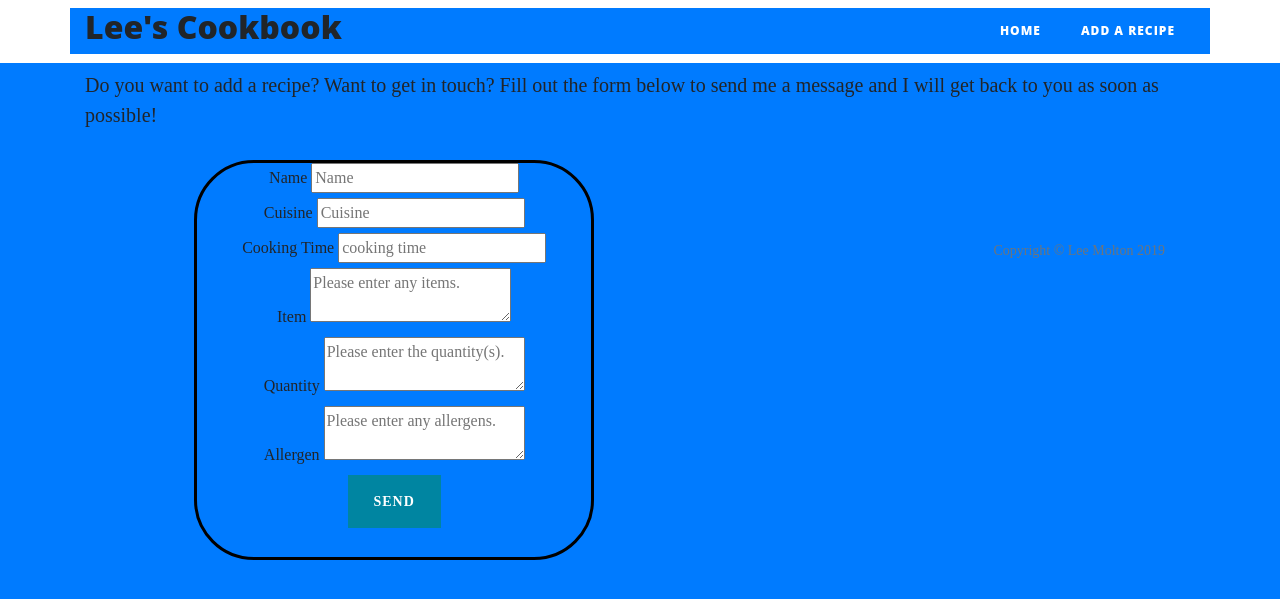
Repository: leemolton/recipes-project
Page: http://localhost/add_recipe
The author's editor kept a record of every edit. The page is drawn from the files as they stood at one moment, then again after the next edit.
The browser window is 1280 px wide. The pictures show the whole page.
The page is served by the project's application, run on Flask 3 (run.py). Other server files are loaded and not shown. Queries for data that is not in the repository find no rows.

Above is the page before.

### templates/add.html
{% extends 'base.html' %}
{% block content %}

<p>Do you want to add a recipe? Want to get in touch? Fill out the form below to send me a message and I will get back to you as soon as possible!</p>
<form action="{{url_for('insert_recipe')}}" method="POST" class="col s12">
  <div class="row">
    <div class="col-lg-8 col-md-10 mx-auto">
      {% with messages = get_flashed_messages() %}
      {% if messages %}
      <ul class="flashes">
        {% for message in messages %}
        <li>{{ message }}</li>
        {% endfor %}
      </ul>
      {% endif %}
      {% endwith %}
      <form>
        <div class="ingredients-fields-container">
		      <div id="box1" class="box_title">
            <form method="POST" name="sentMessage" id="contactForm" action="/add">
                <label>Name</label>
                <input type="text" placeholder="Name" name="name" id="name" required data-validation-required-message="Please enter your name.">
                </br>
                <label>Cuisine</label>
                <input type="cuisine" placeholder="Cuisine" name="cuisine" id="cuisine" required data-validation-required-message="Please enter your cuisine.">
                </br>
                <label>Cooking Time</label>
                <input type="cooking_time" placeholder="cooking time" name="cooking_time" id="cooking_time" required data-validation-required-message="Please enter the cooking time.">
                </br>
                <label>Item</label>
                <textarea name="item" placeholder="Please enter any items." required data-validation-required-message="Please enter any items." ></textarea>
                </br>
                <label>Quantity</label>
                <textarea name="quantity" placeholder="Please enter the quantity(s)." required data-validation-required-message="Please enter the quantity(s)."></textarea>
                </br>
                <label>Allergen</label>
                <textarea name="allergen" placeholder="Please enter any allergens."required data-validation-required-message="Please enter any allergens."></textarea>
                </br>
            <div id="success">
              <div class="form-group">
                <button type="submit" class="btn btn-primary" id="sendMessageButton">Send</button>
              </div>
            </div>
          </form>
        </div>
      </div>
{% endblock %}

### templates/base.html
<!DOCTYPE html>
<html lang="en">
    <head>
        <title>Cooking Recipe Dashboard</title>
        <link rel="stylesheet" href="{{ url_for('static', filename='vendor/bootstrap/css/bootstrap.min.css') }}" rel="stylesheet">
        <link rel="stylesheet" href="{{ url_for('static', filename='css/clean-blog.css') }}" type="text/css"/>
        <link rel="stylesheet" href="{{ url_for('static', filename='css/style.css') }}" type="text/css"/>
    </head>
    <body>
       <!-- Navigation -->
    <nav class="navbar navbar-expand-lg navbar-light fixed-top" id="mainNav">
      <div class="container">
        <h2>Lee's Cookbook</h2>
        <div class="collapse navbar-collapse" id="navbarResponsive">
          <ul class="navbar-nav ml-auto">
            <li class="nav-item">
              <a class="nav-link" href="{{ url_for('index') }}">Home</a></li>
            <li class="nav-item">
              <a class="nav-link" href="{{ url_for('add_recipe') }}">Add a recipe</a></li>
          </ul>
        </div>
      </div>
    </nav>

    <!-- Main Content -->
    <div class="container">
      {% block content %}
      {% endblock %}
    </div>

    <!-- Footer -->
    <footer>
      <div class="container">
        <div class="row">
            <p class="copyright text-muted">Copyright &copy; Lee Molton 2019</p>
        </div>
      </div>
    </footer>

    <!-- Bootstrap core JavaScript -->
    <script src="{{ url_for('static', filename='vendor/jquery/jquery.min.js') }}"></script>
    <script src="{{ url_for('static', filename='vendor/bootstrap/js/bootstrap.bundle.min.js') }}"></script>

    <!-- Custom scripts for this template -->
    <script src="{{ url_for('static', filename='js/clean-blog.min.js') }}"></script>
    </body>
</html>

### run.py
import os
import json
from flask import Flask, render_template, redirect, request, url_for, flash
from flask_pymongo import PyMongo
from pymongo import MongoClient
from bson.objectid import ObjectId

app = Flask(__name__)
app.secret_key = 'some_secret'
app.config['MONGO_DBNAME'] = 'myrecipedb'
app.config['MONGO_URI'] = 'mongodb://root:Everton9@ds145881.mlab.com:45881/myrecipedb'

mongo = PyMongo(app)

# Get username from Cloud9 workspace
# (modify this variable if running on another environment)
username = os.getenv('C9_USER')

@app.route('/')
def index():
    return render_template("index.html")


@app.route('/get_recipes')
def get_recipes():
    return render_template("recipes.html", recipes=mongo.db.recipe.find())


@app.route('/add_recipe')
def add_recipe():
    categories=mongo.db.categories.find()
    return render_template("add.html")


@app.route('/insert_recipe', methods=['POST'])
def insert_recipe():
     recipes = mongo.db.recipe
     recipes.insert_one(request.form.to_dict())
     flash('Thank you for your recipe!')
     return redirect(url_for('add_recipe'))


@app.route('/view_recipe/<recipe_id>')
def view_recipe(recipe_id):
    the_recipe = mongo.db.recipe.find_one({'_id': ObjectId(recipe_id)})
    return render_template('viewrecipe.html', recipe=the_recipe)


@app.route('/find_recipe', methods=['GET', 'POST'])
def find_recipe():
    if request.method=='POST':

        # get search term
        search_term = request.form.get("search_term")

        # create the index
        mongo.db.recipe.create_index( [("$**", 'text')] )

        # search with the search term that came through the search bar
        cursor = mongo.db.recipe.find({ "$text": { "$search": search_term } })
        recipes = [recipe for recipe in cursor]
        print(search_term)

        # send recipes to page
        return render_template('search.html', recipes=recipes, query=search_term)

    return render_template('search.html')



if __name__ == '__main__':
    app.run(host=os.environ.get('IP'),
            port=int(os.environ.get('PORT')),
            debug=True)

### static/css/clean-blog.css
/*!
 * Start Bootstrap - Clean Blog v5.0.5 (https://startbootstrap.com/template-overviews/clean-blog)
 * Copyright 2013-2019 Start Bootstrap
 * Licensed under MIT (https://github.com/BlackrockDigital/startbootstrap-clean-blog/blob/master/LICENSE)
 */

body {
  font-size: 20px;
  color: #212529;
  font-family: 'Lora', 'Times New Roman', serif;
}

p {
  line-height: 1.5;
  margin: 30px 0;
}

p a {
  text-decoration: underline;
}

h1,
h2,
h3,
h4,
h5,
h6 {
  font-weight: 800;
  font-family: 'Open Sans', 'Helvetica Neue', Helvetica, Arial, sans-serif;
}

a {
  color: #212529;
  -webkit-transition: all 0.2s;
  transition: all 0.2s;
}

a:focus, a:hover {
  color: #0085A1;
}

blockquote {
  font-style: italic;
  color: #868e96;
}

.section-heading {
  font-size: 36px;
  font-weight: 700;
  margin-top: 60px;
}

.caption {
  font-size: 14px;
  font-style: italic;
  display: block;
  margin: 0;
  padding: 10px;
  text-align: center;
  border-bottom-right-radius: 5px;
  border-bottom-left-radius: 5px;
}

::selection {
  color: #fff;
  background: #0085A1;
  text-shadow: none;
}

img::selection {
  color: #fff;
  background: transparent;
}

img::-moz-selection {
  color: #fff;
  background: transparent;
}

#mainNav {
  position: absolute;
  border-bottom: 1px solid #e9ecef;
  background-color: white;
  font-family: 'Open Sans', 'Helvetica Neue', Helvetica, Arial, sans-serif;
}

#mainNav .navbar-brand {
  font-weight: 800;
  color: #343a40;
}

#mainNav .navbar-toggler {
  font-size: 12px;
  font-weight: 800;
  padding: 13px;
  text-transform: uppercase;
  color: #343a40;
}

#mainNav .navbar-nav > li.nav-item > a {
  font-size: 12px;
  font-weight: 800;
  letter-spacing: 1px;
  text-transform: uppercase;
}

@media only screen and (min-width: 992px) {
  #mainNav {
    border-bottom: 1px solid transparent;
    background: transparent;
  }
  #mainNav .navbar-brand {
    padding: 10px 20px;
    color: #fff;
  }
  #mainNav .navbar-brand:focus, #mainNav .navbar-brand:hover {
    color: rgba(255, 255, 255, 0.8);
  }
  #mainNav .navbar-nav > li.nav-item > a {
    padding: 10px 20px;
    color: #fff;
  }
  #mainNav .navbar-nav > li.nav-item > a:focus, #mainNav .navbar-nav > li.nav-item > a:hover {
    color: rgba(255, 255, 255, 0.8);
  }
}

@media only screen and (min-width: 992px) {
  #mainNav {
    -webkit-transition: background-color 0.2s;
    transition: background-color 0.2s;
    /* Force Hardware Acceleration in WebKit */
    -webkit-transform: translate3d(0, 0, 0);
    transform: translate3d(0, 0, 0);
    -webkit-backface-visibility: hidden;
  }
  #mainNav.is-fixed {
    /* when the user scrolls down, we hide the header right above the viewport */
    position: fixed;
    top: -67px;
    -webkit-transition: -webkit-transform 0.2s;
    transition: -webkit-transform 0.2s;
    transition: transform 0.2s;
    transition: transform 0.2s, -webkit-transform 0.2s;
    border-bottom: 1px solid white;
    background-color: rgba(255, 255, 255, 0.9);
  }
  #mainNav.is-fixed .navbar-brand {
    color: #212529;
  }
  #mainNav.is-fixed .navbar-brand:focus, #mainNav.is-fixed .navbar-brand:hover {
    color: #0085A1;
  }
  #mainNav.is-fixed .navbar-nav > li.nav-item > a {
    color: #212529;
  }
  #mainNav.is-fixed .navbar-nav > li.nav-item > a:focus, #mainNav.is-fixed .navbar-nav > li.nav-item > a:hover {
    color: #0085A1;
  }
  #mainNav.is-visible {
    /* if the user changes the scrolling direction, we show the header */
    -webkit-transform: translate3d(0, 100%, 0);
    transform: translate3d(0, 100%, 0);
  }
}

header.masthead {
  margin-bottom: 50px;
  background: no-repeat center center;
  background-color: #868e96;
  background-attachment: scroll;
  position: relative;
  background-size: cover;
}

header.masthead .overlay {
  position: absolute;
  top: 0;
  left: 0;
  height: 100%;
  width: 100%;
  background-color: #212529;
  opacity: 0.5;
}

header.masthead .page-heading,
header.masthead .post-heading,
header.masthead .site-heading {
  padding: 200px 0 150px;
  color: white;
}

@media only screen and (min-width: 768px) {
  header.masthead .page-heading,
  header.masthead .post-heading,
  header.masthead .site-heading {
    padding: 200px 0;
  }
}

header.masthead .page-heading,
header.masthead .site-heading {
  text-align: center;
}

header.masthead .page-heading h1,
header.masthead .site-heading h1 {
  font-size: 50px;
  margin-top: 0;
}

header.masthead .page-heading .subheading,
header.masthead .site-heading .subheading {
  font-size: 24px;
  font-weight: 300;
  line-height: 1.1;
  display: block;
  margin: 10px 0 0;
  font-family: 'Open Sans', 'Helvetica Neue', Helvetica, Arial, sans-serif;
}

@media only screen and (min-width: 768px) {
  header.masthead .page-heading h1,
  header.masthead .site-heading h1 {
    font-size: 80px;
  }
}

header.masthead .post-heading h1 {
  font-size: 35px;
}

header.masthead .post-heading .meta,
header.masthead .post-heading .subheading {
  line-height: 1.1;
  display: block;
}

header.masthead .post-heading .subheading {
  font-size: 24px;
  font-weight: 600;
  margin: 10px 0 30px;
  font-family: 'Open Sans', 'Helvetica Neue', Helvetica, Arial, sans-serif;
}

header.masthead .post-heading .meta {
  font-size: 20px;
  font-weight: 300;
  font-style: italic;
  font-family: 'Lora', 'Times New Roman', serif;
}

header.masthead .post-heading .meta a {
  color: #fff;
}

@media only screen and (min-width: 768px) {
  header.masthead .post-heading h1 {
    font-size: 55px;
  }
  header.masthead .post-heading .subheading {
    font-size: 30px;
  }
}

.post-preview > a {
  color: #212529;
}

.post-preview > a:focus, .post-preview > a:hover {
  text-decoration: none;
  color: #0085A1;
}

.post-preview > a > .post-title {
  font-size: 30px;
  margin-top: 30px;
  margin-bottom: 10px;
}

.post-preview > a > .post-subtitle {
  font-weight: 300;
  margin: 0 0 10px;
}

.post-preview > .post-meta {
  font-size: 18px;
  font-style: italic;
  margin-top: 0;
  color: #868e96;
}

.post-preview > .post-meta > a {
  text-decoration: none;
  color: #212529;
}

.post-preview > .post-meta > a:focus, .post-preview > .post-meta > a:hover {
  text-decoration: underline;
  color: #0085A1;
}

@media only screen and (min-width: 768px) {
  .post-preview > a > .post-title {
    font-size: 36px;
  }
}

.floating-label-form-group {
  font-size: 14px;
  position: relative;
  margin-bottom: 0;
  padding-bottom: 0.5em;
  border-bottom: 1px solid #dee2e6;
}

.floating-label-form-group input,
.floating-label-form-group textarea {
  font-size: 1.5em;
  position: relative;
  z-index: 1;
  padding: 0;
  resize: none;
  border: none;
  border-radius: 0;
  background: none;
  -webkit-box-shadow: none !important;
  box-shadow: none !important;
  font-family: 'Lora', 'Times New Roman', serif;
}

.floating-label-form-group input::-webkit-input-placeholder,
.floating-label-form-group textarea::-webkit-input-placeholder {
  color: #868e96;
  font-family: 'Lora', 'Times New Roman', serif;
}

.floating-label-form-group label {
  font-size: 0.85em;
  line-height: 1.764705882em;
  position: relative;
  z-index: 0;
  top: 2em;
  display: block;
  margin: 0;
  -webkit-transition: top 0.3s ease, opacity 0.3s ease;
  transition: top 0.3s ease, opacity 0.3s ease;
  vertical-align: middle;
  vertical-align: baseline;
  opacity: 0;
}

.floating-label-form-group .help-block {
  margin: 15px 0;
}

.floating-label-form-group-with-value label {
  top: 0;
  opacity: 1;
}

.floating-label-form-group-with-focus label {
  color: #0085A1;
}

form .form-group:first-child .floating-label-form-group {
  border-top: 1px solid #dee2e6;
}

footer {
  padding: 50px 0 65px;
}

footer .list-inline {
  margin: 0;
  padding: 0;
}

footer .copyright {
  font-size: 14px;
  margin-bottom: 0;
  text-align: center;
}

.btn {
  font-size: 14px;
  font-weight: 800;
  padding: 15px 25px;
  letter-spacing: 1px;
  text-transform: uppercase;
  border-radius: 0;
  font-family: 'Open Sans', 'Helvetica Neue', Helvetica, Arial, sans-serif;
}

.btn-primary {
  background-color: #0085A1;
  border-color: #0085A1;
}

.btn-primary:hover, .btn-primary:focus, .btn-primary:active {
  color: #fff;
  background-color: #00657b !important;
  border-color: #00657b !important;
}

.btn-lg {
  font-size: 16px;
  padding: 25px 35px;
}

### static/css/style.css
/*--------------Main Body------------*/

body {
	margin-left: auto;
	margin-right: auto;
	padding-top: 40px;
	background-color: #007bff;
}

.container {
    background-color: #007bff;
}

.container2 {
   width: 100%;
   height: 90%;
   margin: 0 auto -25px;
   position: relative;
   background-size: 100% 600px;
   display: block;
}

.row {
    width: 50%;
}

.headline-image {
    width: 500px;
}

.p {
    color: blue;
    font-size: 12px;
}

.wrapper {
    float: right;
    width: 50%;
}


/*--------------Navigation bar------------*/

.nav-navbar-nav {
    background-color: blue;
}

.nav navbar-fixed-top navbar-default {
	height: 20%;
}

.nav-navbar-nav {
    background-color: blue;
    min-height: 10%;
}

.ul {
    padding: 0;
    margin: 0 0 0 150px;
    list-style: none;
}

.li {
    float:right;
}

.label {
    color: white;
}


/*--------------Add recipe form------------*/

.ingredients-fields-container {
    width: 400px;
    display: block;
    float: left;
    text-align: center;
}

.row {
	height: 100%;
	width: 100%;
	text-align: left;
    margin-left: auto;
	margin-right: auto;
}

.box_title {
	width: 400px;
	height: 400px;
	text-align: center;
	border-style: solid;
	border-radius: 15%;
	display: block;
	font-size: medium;
	border-color: black;
	margin-left: auto;
	margin-right: auto;
}

.form {
    width: 4000px;
    display: inline-block;
}


.footer {
	text-align: left;
	height: 10px;
}

.label {
    width: 300px;
    border-radius: 5px;
    text-align: left;
    float: left;
}

.viewrec {
    display:inline-block;
}

.input {
    width: 100%;
}

.textarea {
    resize: both;
    max-height: 300px;
}

.input, .textarea {
    outline: none;
    border: 1px solid #ddd;
}

.input:focus, .textarea:focus {
    box-shadow: 0 0 4px rgba(255, 0, 0, 0.5);
    border: 1px solid #ddd;
}

/*--------------Recipe cards------------*/

.card {
    width: 300px;
    height: 300px;
}

.card-image {
    width: 300px;
    height: 200px;
}

.card img {
    width: 300px;
    height: 200px;
}

.card-title {
    font-size: 20px;
    font: Arial;
    color: blue;
}

.card-content {
    width: 300px;
    height: 200px;
}


/*--------------Buttons------------*/
.btn {
    font-family: serif;
}

.btn-info {
    background-color: green;
}

Loaded but not shown: static/js/clean-blog.min.js (common file)

After the next edit:
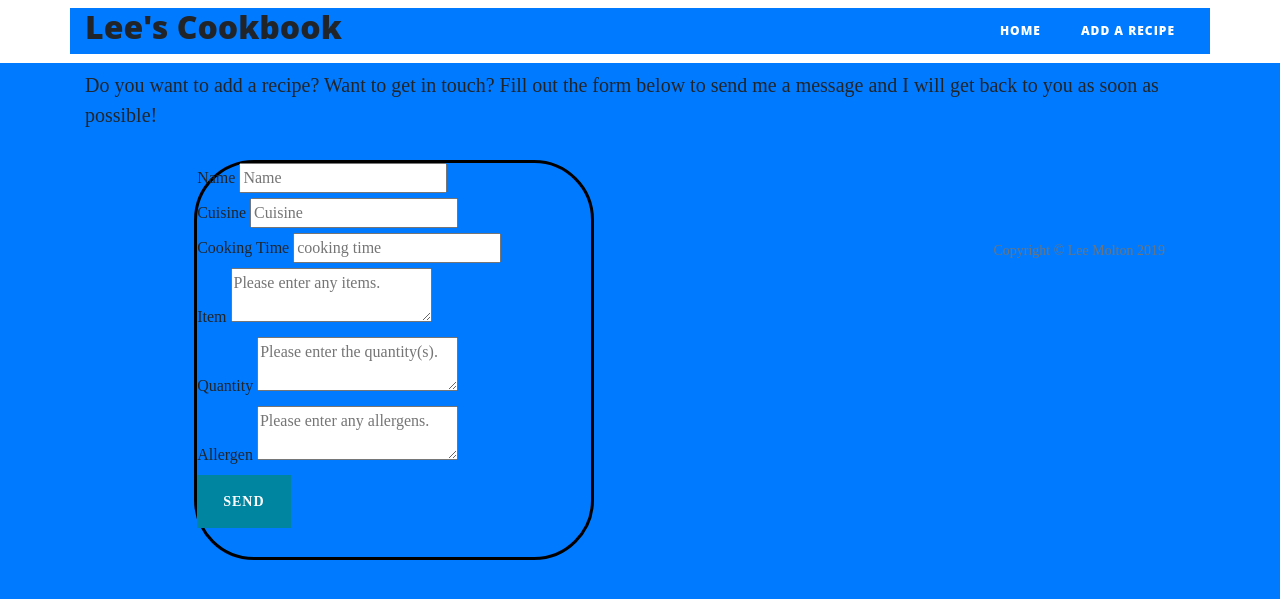
The edit:
--- a/static/css/style.css
+++ b/static/css/style.css
@@ -89,7 +89,7 @@
 .box_title {
 	width: 400px;
 	height: 400px;
-	text-align: center;
+	text-align: left;
 	border-style: solid;
 	border-radius: 15%;
 	display: block;

After the 2 edits that followed:
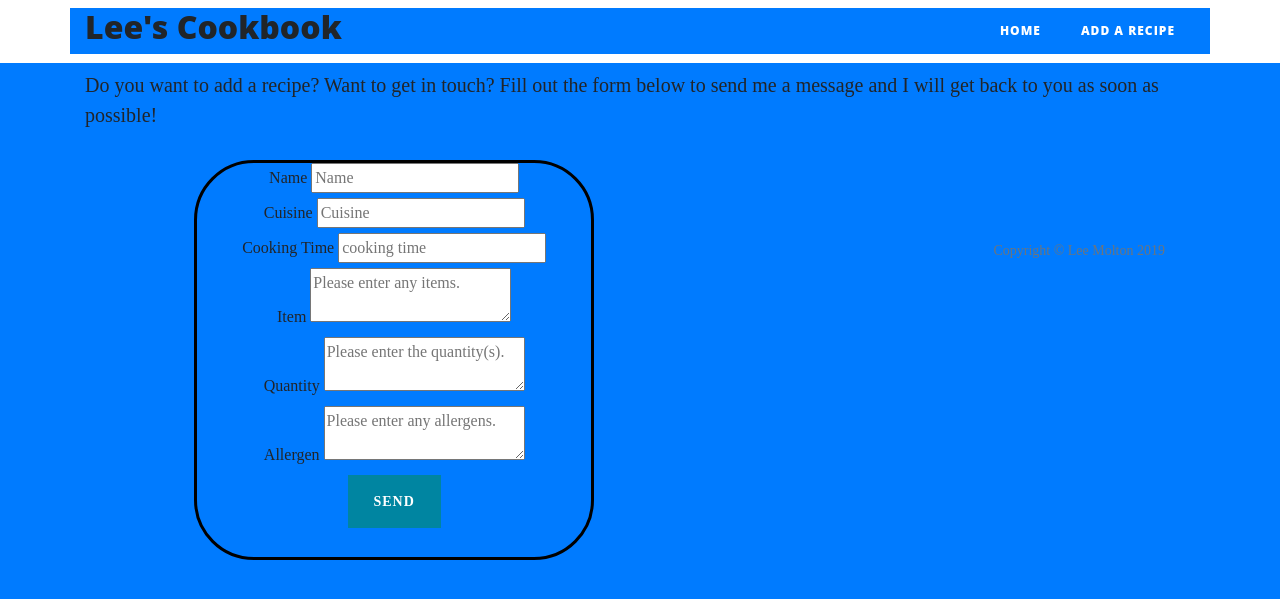
The 2 edits are shown as one change because 1 left the picture as it was.
The edit:
--- a/static/css/style.css
+++ b/static/css/style.css
@@ -89,7 +89,7 @@
 .box_title {
 	width: 400px;
 	height: 400px;
-	text-align: left;
+	text-align: center;
 	border-style: solid;
 	border-radius: 15%;
 	display: block;
@@ -113,8 +113,6 @@
 .label {
     width: 300px;
     border-radius: 5px;
-    text-align: left;
-    float: left;
 }
 
 .viewrec {
